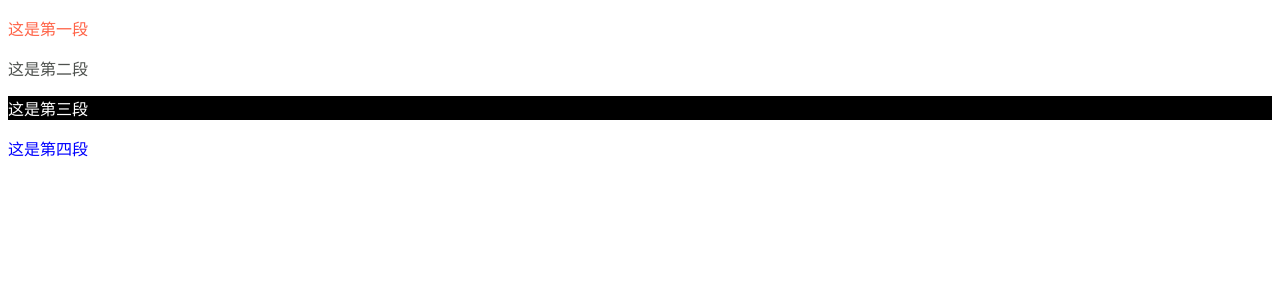
Repository: nanfengovo/CSS
Page: index.html
The author's editor kept a copy of each file at every save. The page is drawn from the files as they stood at one save, then again after the next save.
The browser window is 1280 px wide. The pictures show the whole page.

Above is the page before, as saved 2024-12-31 22:55:55.

After the next save:
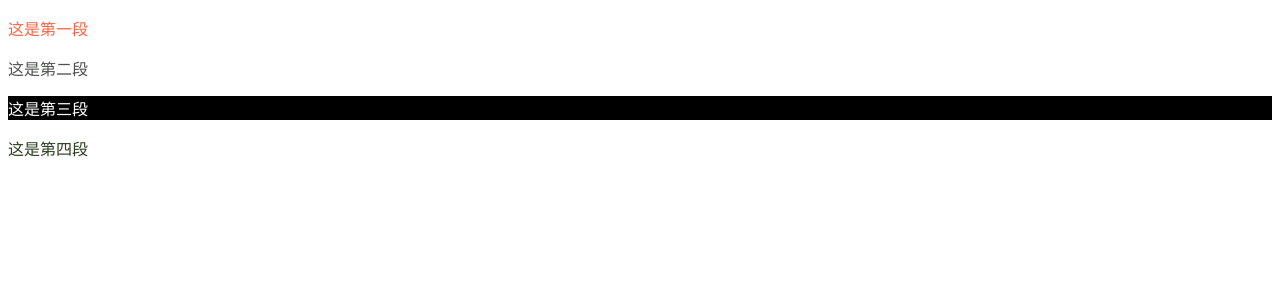
Saved 11 s later.
--- a/index.html
+++ b/index.html
@@ -23,7 +23,7 @@
             /* H:色调 */
             /* S:饱和度 */
             /* L:亮度 */
-            color: hsl(100, 78, 78);
+            color: hsl(100, 31%, 19%);
         }
     </style>
 </head>
